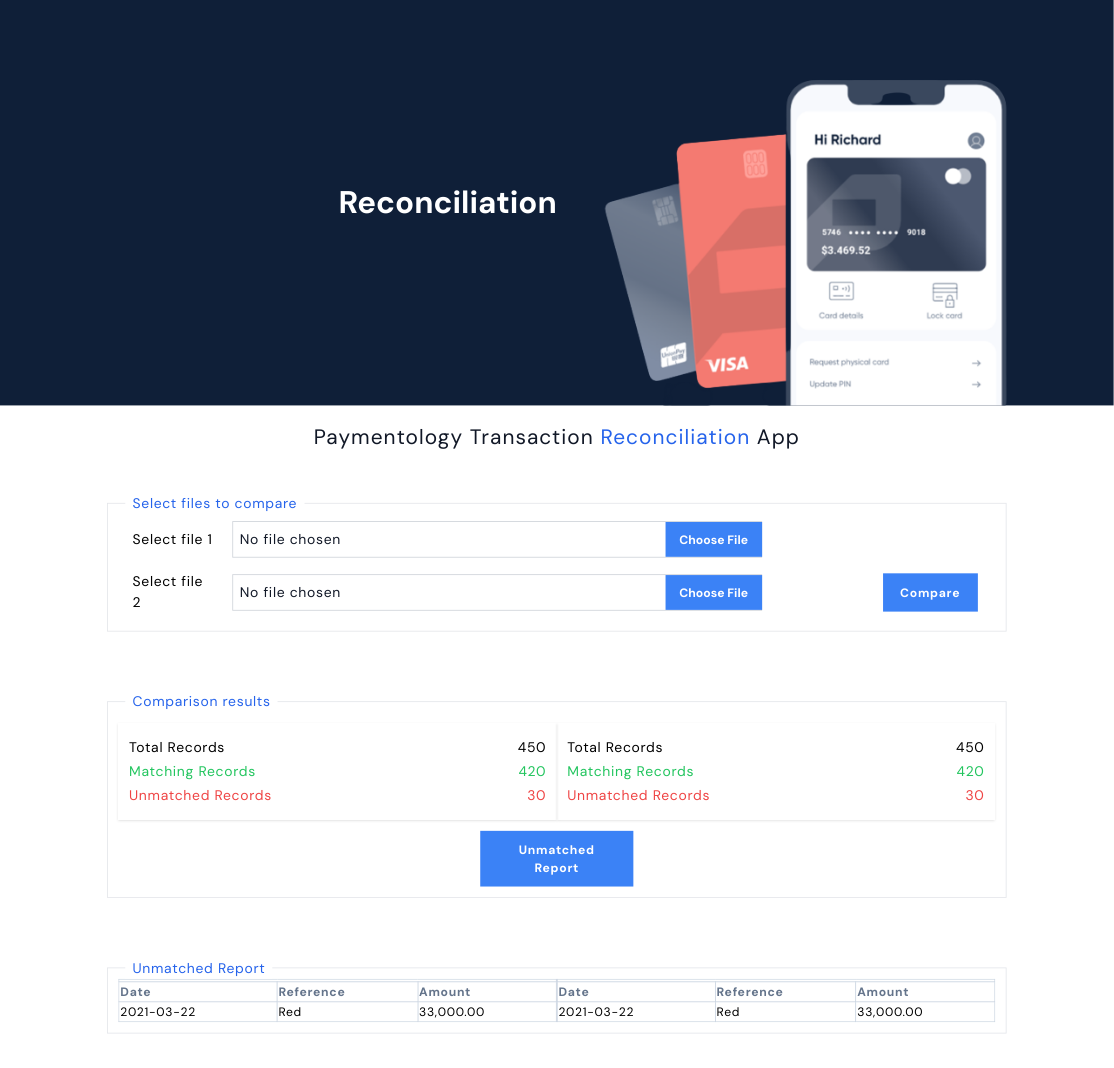
Repository: chionye/paymentology-front
Page: /
An editor plug-in stored every save of this project. The page is shown before and after the next save, followed by the edit.
The browser window is 1280 px wide. The pictures show the whole page, at 87% of full size.
The project was rebuilt for these pictures with package versions that can differ from the ones it lists, and the page was loaded fresh each time.

Above is the page before, as saved 2022-03-20 13:41:34.

After the next save:
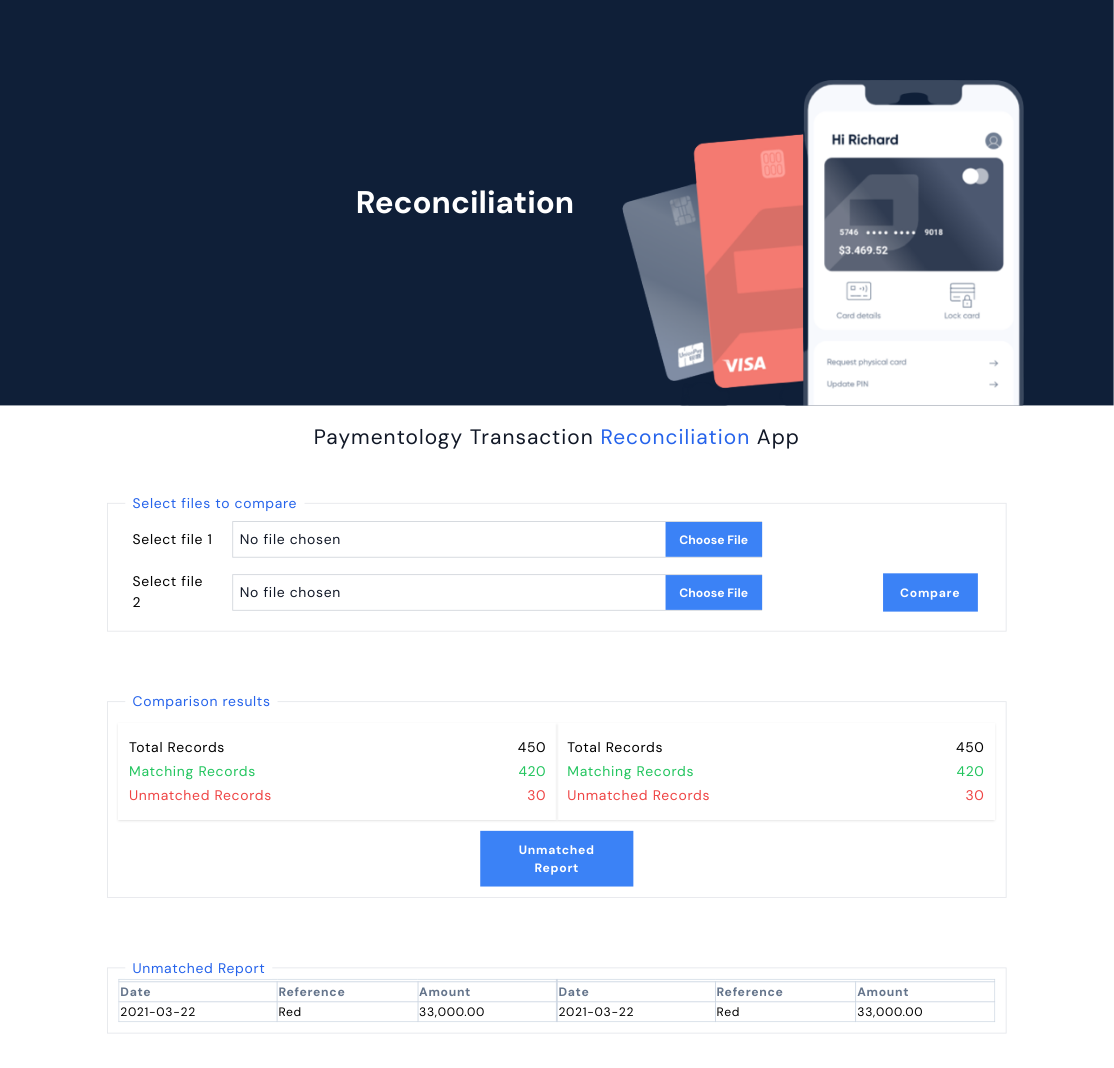
Saved 5 s later.
--- a/src/components/Banner.js
+++ b/src/components/Banner.js
@@ -6,7 +6,9 @@ const Banner = () => {
     }
     return(
         <div style={style} className="flex flex-col md:flex-row md:justify-between md:items-center">
+            <Container>
 
+            </Container>
             <div className="w-1/2 text-white text-4xl font-bold text-right">
                 <h1>Reconciliation</h1>
             </div>
